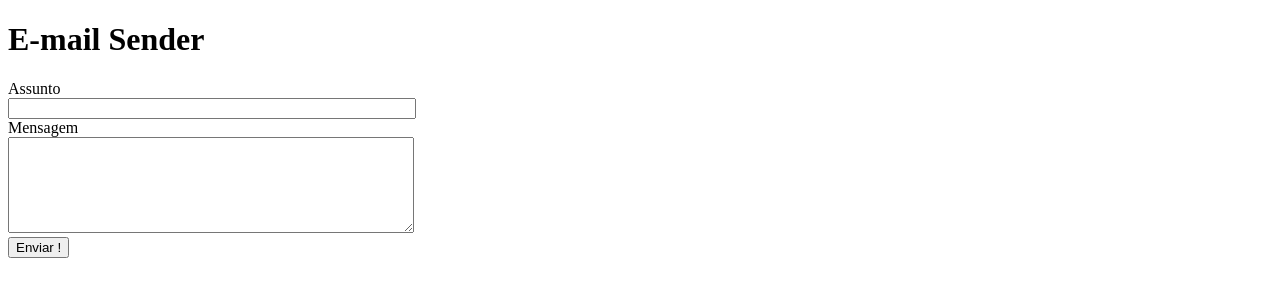
Repository: WellysonP/curso-Docker
Page: email-worker-compose/web/index.html
An editor plug-in stored every save of this project. The page is shown before and after the next save, followed by the edit.
The browser window is 1280 px wide. The pictures show the whole page.

Above is the page before, as saved 2023-01-19 15:28:07.

After the next save:
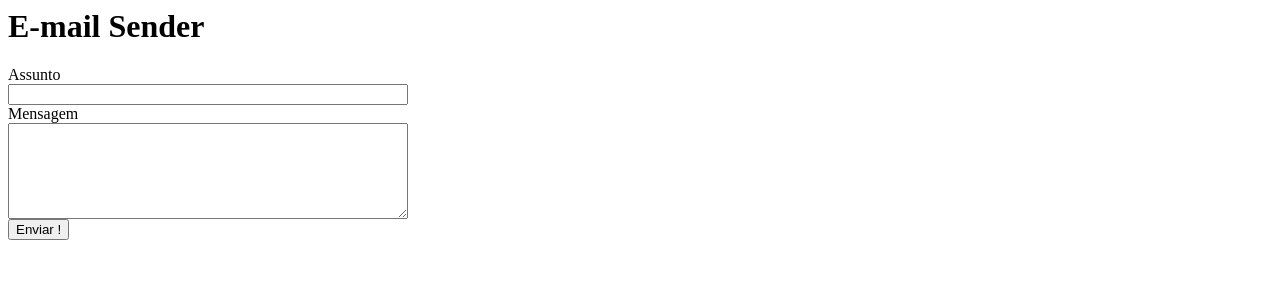
Saved 9 min 7 s later.
--- a/email-worker-compose/web/index.html
+++ b/email-worker-compose/web/index.html
@@ -1,40 +1,30 @@
-<!DOCTYPE html>
-<html lang="en">
+<html>
+ <head>
+  <meta charset='uft-8'>
 
-<head>
-    <meta charset="UTF-8">
-    <meta http-equiv="X-UA-Compatible" content="IE=edge">
-    <meta name="viewport" content="width=device-width, initial-scale=1.0">
-    <title>E-mail Sender</title>
-    <style>
-        label {
-            display: block;
-        }
+  <title>E-mail Sender</title>
 
-        textarea,
-        input {
-            width: 400px;
-        }
-    </style>
-</head>
+  <style>
+   label { display: block; }
+   textarea, input { width: 400px; }
+  </style>
+ </head>
+ <body class="container">
+  <h1>E-mail Sender</h1>
+  <form action="http://localhost:8080" method=”POST”>
+   <div>
+    <label for="assunto">Assunto</label>
+    <input type="text" name="assunto">
+   </div>
 
-<body class="container">
-    <h1>E-mail Sender</h1>
-    <form action="http://localhost:8080" method="POST">
-        <div>
-            <label for="assunto">Assunto</label>
-            <input type="text" name="assunto">
-        </div>
+   <div>
+    <label for="mensagem">Mensagem</label>
+    <textarea name="mensagem" cols="50" rows="6"></textarea>
+   </div>
 
-        <div>
-            <label for="mensagem">Mensagem</label>
-            <textarea name="mensagem" cols="50" rows="6"></textarea>
-        </div>
-
-        <div>
-            <button>Enviar !</button>
-        </div>
-    </form>
-</body>
-
+   <div>
+    <button>Enviar !</button>
+   </div>
+  </form>
+ </body>
 </html>

After the 4 saves that followed:
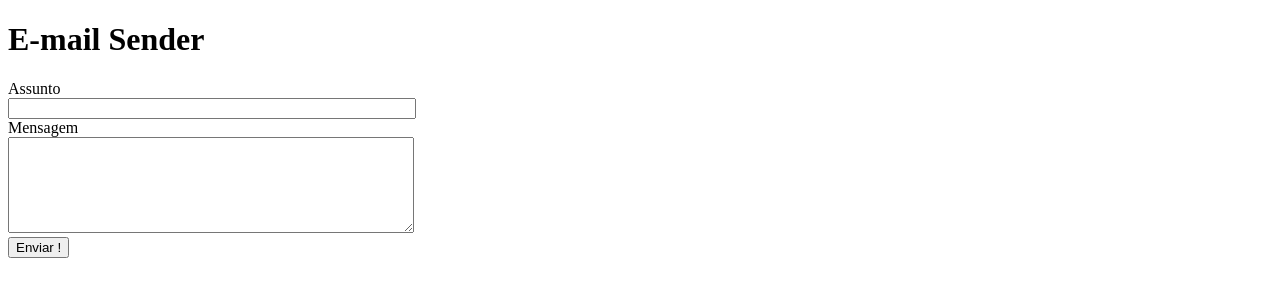
The 4 saves are shown as one change because 3 left the picture as it was.
The last was saved 2 min 37 s later.
--- a/email-worker-compose/web/index.html
+++ b/email-worker-compose/web/index.html
@@ -1,30 +1,40 @@
-<html>
- <head>
-  <meta charset='uft-8'>
+<!DOCTYPE html>
+<html lang="en">
 
-  <title>E-mail Sender</title>
+<head>
+    <meta charset="UTF-8">
+    <meta http-equiv="X-UA-Compatible" content="IE=edge">
+    <meta name="viewport" content="width=device-width, initial-scale=1.0">
+    <title>E-mail Sender</title>
+    <style>
+        label {
+            display: block;
+        }
 
-  <style>
-   label { display: block; }
-   textarea, input { width: 400px; }
-  </style>
- </head>
- <body class="container">
-  <h1>E-mail Sender</h1>
-  <form action="http://localhost:8080" method=”POST”>
-   <div>
-    <label for="assunto">Assunto</label>
-    <input type="text" name="assunto">
-   </div>
+        textarea,
+        input {
+            width: 400px;
+        }
+    </style>
+</head>
 
-   <div>
-    <label for="mensagem">Mensagem</label>
-    <textarea name="mensagem" cols="50" rows="6"></textarea>
-   </div>
+<body class="container">
+    <h1>E-mail Sender</h1>
+    <form action="http://localhost:8080" method="POST">
+        <div>
+            <label for="assunto">Assunto</label>
+            <input type="text" name="assunto">
+        </div>
 
-   <div>
-    <button>Enviar !</button>
-   </div>
-  </form>
- </body>
+        <div>
+            <label for="mensagem">Mensagem</label>
+            <textarea name="mensagem" cols="50" rows="6"></textarea>
+        </div>
+
+        <div>
+            <button>Enviar !</button>
+        </div>
+    </form>
+</body>
+
 </html>
